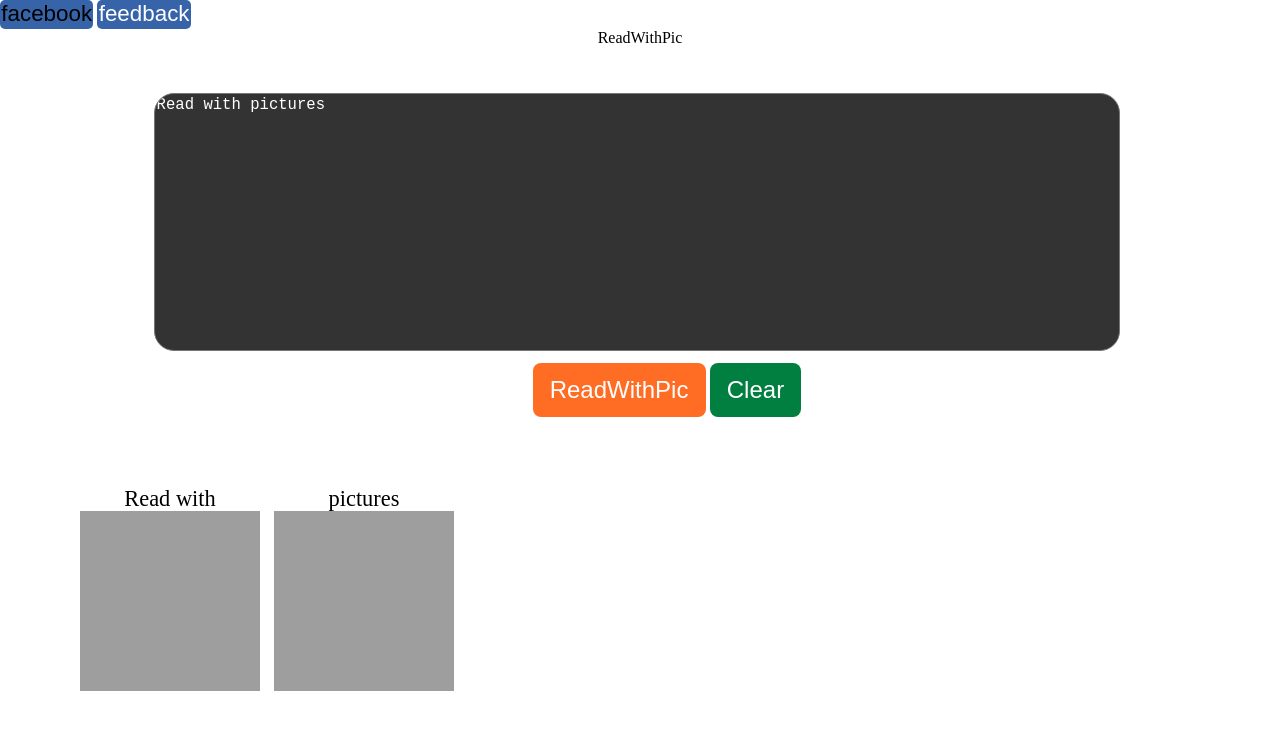
Repository: readwithpic/readwithpic.github.io
Page: index.html
The author's editor kept a record of every edit. The page is drawn from the files as they stood at one moment, then again after the next edit.
The browser window is 1280 px wide. The pictures show the whole page.
Pictures or frames that could not be fetched are drawn as grey boxes. Some web libraries are served in a nearby version.

Above is the page before.
Console error: TypeError: Cannot read properties of undefined (reading 'length')

### index.html
<!DOCTYPE html>
<html>
    <head>
        <meta charset="utf-8">
        <link rel="stylesheet" type="text/css" href="style.css" />
        <script src="https://ajax.googleapis.com/ajax/libs/jquery/2.1.3/jquery.min.js"></script>
        <script type="text/javascript" src="jscript.js"></script>
    </head>

    <body>
        <!-- <button type="button" id="feedback">Feedback</button>-->
        <!--Facebook Code-->
         <div class="social">
               <button type="button" class="facebook"><a href="http://readwithpic.github.io" class="bLink">facebook</a></button>
               <button type="button" class="feedback">feedback</button>
         </div>
        <div class="logo"><a href="http://readwithpic.github.io">ReadWithPic</a></div>
        <div id="textBox">
               <div>
                      <button type="button" id="roundB"><p class="msg">C..</p></button>
                      <button type="button" id="closeB"><p class="msg">X</p></button>
               </div>

                <div>
                    <textarea rows="10" cols="80" id="textInput" name="texthere">Read with pictures</textarea>
                </div>

                <div class="mainGroup">
                    <div class="group">
                        <div id="buttonSpin">
                            <div class="spinner">
                                <div class="bounce1"></div>
                                <div class="bounce2"></div>
                                <div class="bounce3"></div>
                            </div>
                        </div>
                         <button type="button" id="convert" >ReadWithPic</button>
                        <button type="button" id="clear">Clear</button>
                    </div>
                </div>
        </div>

        <div class="front">
            <ul>
                  <li class="showIt"><figure><img src="http://www.auburn.edu/academic/education/reading_genie/navig/read.gif" height=180 width=180>
                    <figcaption><p class='withPic'>Read with</p></figcaption></figure></li>
                      <li class="showIt"><figure><img src="https://pbs.twimg.com/profile_images/425063504039538688/sO0mRdKW.jpeg" height=180 width=180>
                    <figcaption><p class='withPic'>pictures</p></figcaption></figure></li>

            </ul>
        </div>
        <!--debug
          <button type="button" id="loadme">Load</button>
            <button type="button" id="debug">debug</button>
           -->
        <div id="display">
                 <ul>
                     <li id="listLoad">
                        <div id="loadingSpin">
                            <div class="spinner">
                                <div class="bounce1"></div>
                                <div class="bounce2"></div>
                                <div class="bounce3"></div>
                            </div>
                        </div>
                    </li>
                </ul>
            </div>
            <div><span id="sDebug"> </span><span id="what"></span></div>
    </body>
</html>

### style.css
html, body { height: 100%; width: 100%; margin: 0; }


.logo{
    text-align:center;
    cursor:hand;
}

.facebook{
   text-align:center;
   background-color: #3763A8;
   color: white;
   font-size: 1.4em;
   text-decoration: none;
   padding: 0.1% 0.1% ;
   border: none;
   border-radius:5px;
}


.facebook:hover{
    background-color:#3b5998;
}

.facebook:active{
    background-color:#3763A8;
}

.feedback{
   text-align:center;
   background-color: #3763A8;
   color: white;
   font-size: 1.4em;
   text-decoration: none;
   padding: 0.1% 0.1% ;
   border: none;
   border-radius:5px;
}


.feedback:hover{
    background-color:#3b5998;
}

.feedback:active{
    background-color:#3763A8;
}



a:link {
    color:black;
    text-decoration: none;
}

a:visited {
    color:black;
    text-decoration: none;
}

a:hover {
    text-decoration: none;
}

a:active {
    text-decoration: none;

}

.fb-like{
    width:200px;
}

li {
    display: inline-block;
    text-align:center;
    height:250px;
    padding-left:-100px;
}

.showIt{
    display:inline-block;
}

img{
    margin-right:-70px;
    float:left;
    padding:0px 0px 0px 0px;
}

#searchbox {
    width:600px;
    height:200px;
}

p {
 display:inline;
}

.withPic{
    font-size:1.4em;
    position:relative;
    left:35px;
    top:-205px;
    z-index:-1;
}
.onlyText{
 margin-left:4px;
}

#sDebug{
    background-color:brown;
}

#what{
    background-color:red;
}

/*half page div box */
#textBox{
  position:absolute;
  width:100%;
  height:50%;
}

textarea{
    -webkit-overflow-scrolling: touch;
}

#textInput{
    color:white;
    font-size:1.2em;
    position:absolute;
    display:block;
    resize:none;
    top:13%;
    left:12%;
    width:75%;
    height:70%;
    background-color:#333333;
    -moz-border-radius: 10px;
    -webkit-border-radius: 10px;
    border-radius: 20px;

}

#textInput:focus{
  border-color: #FF6C24;
  outline:none;
}

.front{
    position:relative;
    top:60%;
}

.mainGroup {
    float:left;
    position:relative;
    top:88%;
    left:50%;
}

.group {
    width:215px;
    float:left;
    position:relative;
    left:-50%;
}


#convert  {
    display:inline-block;
    text-align:center;
    background-color: #FF6C24;
   -webkit-border-radius: 8px;
    -moz-border-radius: 8px;
    border-radius: 8px;
     color: white;
   font-size: 1.5em;
   text-decoration: none;
   padding: 6% 8% ;
   border: none;
   }

#convert:hover{
    background-color:#E55900;
}

#convert:active {
   background-color: #993D00;
   }

#convert:disabled{
background-color:#FFAA70;
}

#buttonSpin{
    position:absolute;
    margin-top:10%;
    margin-left:28%;
    display:none;
}

#clear{
    position:absolute;
    margin-left:4px;
    text-align:center;
    background-color: #007F41;
   -webkit-border-radius: 8px;
    -moz-border-radius: 8px;
    border-radius: 8px;
   color: white;
   font-size: 1.5em;
   text-decoration: none;
   padding: 6% 8% ;
   border: none;
   }

#clear:hover {
   background-color:  #00683B;
   }


#clear:active {
   background-color: #007F41;
   }

#roundB{
  position:fixed;
  top:1.5%;
  right:5%;
  width:50px;
  height:50px;
  background-color: #FF6C24;
  border-radius:50%;
  border: none;
  text-align:center;
  font-size:2em;
  color:white;
  display:none;
}

#roundB:hover{
    background-color:#E55900;
}
#roundB:active {
   background-color: #FF6C24;
   }


#closeB{
  position:fixed;
  top:1.5%;
  right:5%;
  width:50px;
  height:50px;
  background-color:#FF4024;
  border-radius:50%;
  border: none;
  text-align:center;
  font-size:2em;
  display:none;
}

#closeB:hover{
    background-color:#B20A00;
}
#closeB:active {
   background-color:#FF4024;
   }

/* Loading */
#listLoad{
  position:relative;
  width:180px;
  height:180px;
  display:none;
}

#loadingSpin{
    position:absolute;
    top:77px;
    left:67px;
    z-index:-2;
}


spinner {
  margin-left:100px;
  width: 70px;
  text-align: center;
}

.spinner > div {
  width: 15px;
  height: 15px;
  background-color: #333;
  border-radius: 100%;
  display: inline-block;
  -webkit-animation: bouncedelay 1.4s infinite ease-in-out;
  animation: bouncedelay 1.4s infinite ease-in-out;
  /* Prevent first frame from flickering when animation starts */
  -webkit-animation-fill-mode: both;
  animation-fill-mode: both;
}

.spinner .bounce1 {
  -webkit-animation-delay: -0.32s;
  animation-delay: -0.32s;
}

.spinner .bounce2 {
  -webkit-animation-delay: -0.16s;
  animation-delay: -0.16s;
}

/* loading end */

@-webkit-keyframes bouncedelay {
  0%, 80%, 100% { -webkit-transform: scale(0.0) }
  40% { -webkit-transform: scale(1.0) }
}

@keyframes bouncedelay {
  0%, 80%, 100% {
    transform: scale(0.0);
    -webkit-transform: scale(0.0);
  } 40% {
    transform: scale(1.0);
    -webkit-transform: scale(1.0);
  }
}

### jscript.js
var link = new Array();
var link2 = new Array();
var k, j, i, userInput, cleanSent, search, h, startNum, constantV, calNum;
var filterWords = ["is", "are", "all", "another", "any", "anybody", "anyone", "anything", "botheach", "each", "other", "either", "everybody", "everyone", "everything", "few", "he", "her", "hers", "herself", "him", "himself", "his", "it", "its", "itself", "many", "me", "mine", "more", "most", "much", "myself", "neither", "no", "one", "nobody", "none", "nothing", "another", "other", "others", "ours", "ourselves", "several", "she", "some", "somebody", "someone", "something", "their", "theirs", "them", "themselves", "these", "they", "this", "those", "us", "we", "what", "whatever", "which", "whichever", "who", "whoever", "whom", "whomever", "whose", "you", "your", "yours", "yourself", "yourselves", "that", "it's", "time", "person", "year", "way", "day", "thing", "man", "world", "life", "hand", "part", "child", "eye", "woman", "place", "work", "week", "case", "point", "government", "company", "number", "group", "problem", "fact", "be", "have", "do", "say", "get", "make", "go", "know", "take", "see", "come", "think", "look", "want", "give", "use", "find", "tell", "ask", "work", "seem", "feel", "try", "leave", "call", "good", "new", "first", "last", "long", "great", "little", "own", "other", "old", "right", "big", "high", "different", "small", "large", "next", "early", "young", "important", "few", "public", "bad", "same", "able", "to", "of", "in", "for", "on", "with", "at", "by", "from", "up", "about", "into", "over", "after", "beneath", "under", "above", "the", "and", "a", "that", "", "it", "not", "he", "as", "you", "this", "but", "his", "they", "her", "she", "or", "an", "will", "my", "one", "all", "would", "there", "their", "aboard", "about", "above", "across", "after", "against", "along", "amid", "among", "around", "as", "at", "before", "behind", "below", "beneath", "beside", "besides", "between", "beyond", "but", "by", "concerning", "considering", "despite", "down", "during", "except", "excepting", "excluding", "following", "for", "from", "in", "inside", "into", "like", "minus", "near", "of", "off", "on", "onto", "opposite", "outside", "over", "past", "per", "plus", "regarding", "round", "save", "since", "than", "through", "to", "toward", "towards", "under", "underneath", "unlike", "until", "up", "upon", "versus", "via", "with", "within", "without"];
var lastList, textInput, myScroll, loadList, count;
var $win, $doc, $list, $textArea, $roundB, $closeB,$buttonSpin;
//facebook

$(document).ready(function () {
    $list = $('li');
    textInput = $('#textInput');
    loadList = $('#listLoad');
    $win = $(window);
    $doc = $(document);
    $textArea = $('textarea');
    $roundB = $('#roundB');
    $closeB = $('#closeB');
    $buttonSpin=$('#buttonSpin');
    //$textArea.val("Read with pictures");
    $textArea.keyup(function () {
        if ($(this).val() && $('li').length > 1) {
            $('#convert').removeAttr('disabled');
        } else {
            $('#convert').attr('disabled', 'disabled');
        }
    });

    $('#convert').click(function () {
        //to avoid rapid click
        $('#convert').attr('disabled', 'disabled');
        $('.front').remove();
        //textarea control
        if (textInput.height() > 350) {
            $('#textInput').fadeOut('fast');
            $('.mainGroup').fadeOut('fast');
            $closeB.hide();
        } else {
            $('#textInput').slideUp('fast');
            $('.mainGroup').fadeOut('fast');
        }

        //grab appened list class showIt
        $('li').remove();
        //$(li).remove() removes everyting so loading is appeneded at first
        $('#display ul').append(loadList);
        //display loading
        loadList.show();
        //display round button
        $roundB.show('fast');
        $buttonSpin.show();
        count = 0;
        h = 0;
        j = 0;
        myScroll = 0;
        // default number of search images to be loaded at first
        startNum = 30;
        //constantV is assigned to calNum to load given number consistant images after each scroll
        calNum = startNum;
        link.length = 0;
        link2.length = 0;
        $('#what').empty();
        $('.onlyText').remove();
        userInput = $('textarea[name=texthere]').val();
        cleanSent = userInput.replace(/\s+/g, ' ');
        search = cleanSent.split(" ");
        callAjax(search[j]);
    });

    $('#clear').click(function () {
        $textArea.val('');
    });

    $('#roundB').click(function () {
        //display textBox at the middle of screen.
        $('#textInput').css({
            'position': 'fixed',
                'top': '11%',
                'left': '9%',
                'width': '80%',
                'height': '70%'
        });
        $('.mainGroup').css({
            'position': 'fixed',
                'top': '82%'
        });
        $('#textInput').fadeIn('fast');
        $('.mainGroup').fadeIn('fast');
        $('#closeB').show();
        $(this).hide();
    });

    //close button
    $('#closeB').click(function () {
        $('#textInput').fadeOut('fast');
        $('.mainGroup').fadeOut('fast');
        $roundB.show();
        $(this).hide();
    });

    $win.resize(function () {
        // load the rest of screen if the user reduce the zoom less than 100%
        if (lastList.offset().top < $win.height() && myScroll === 1) {
            myScroll = 1;
            $win.scroll();
        }
    });

    $win.scroll(function () {
        if ($win.scrollTop() + $win.height() > $doc.height() - $doc.height() / 4 && myScroll === 1 && j < search.length) {
            h = 0;
            //To reuse same Array link2
            link.length = 0;
            link2.length = 0;
            //load number of images after each scroll
            constantV = 10;
            //reintalize the calNum to display given constant number of images accross the screen
            calNum += constantV;
            callAjax(search[j]);
            myScroll = 0;
        } else if (j === search.length) {
            loadList.hide();
        }
    });

    //dubugging zone
    $('#debug').click(function () {
        $('#sDebug').append('<br>' + "Linklength1 : " + link.length + '<br>');
        $('#sDebug').append("Linklength2 : " + link2.length + '<br>');
        $("#sDebug").append("dubug j value :" + j + '<br>');
        $('#sDebug').append("dubug i value:" + i + '<br>');
        $('#sDebug').append("dubug count value:" + count + '<br>');
        $('#sDebug').append("dubug k value:" + k + '<br>');
    });
});

function callAjax(index) {
    var look = new URL('https://ajax.googleapis.com/ajax/services/search/images?v=1.0&q=' + index + '&callback=?');
    $.ajax({
        url: look,
        dataType: 'json',
        success: function (data) {
            if (data.responseData.results.length === 0) {
                if (j < startNum) {
                    link[j] = "http://upload.wikimedia.org/wikipedia/commons/9/98/MA_Route_blank.svg";
                    j++;
                } else {
                    link2[h] = "http://upload.wikimedia.org/wikipedia/commons/9/98/MA_Route_blank.svg";
                    j++;
                    h++;
                }
            } else {
                if (j < startNum) {
                    link[j] = data.responseData.results[0].url;
                    j++;
                } else {
                    link2[h] = data.responseData.results[0].url;
                    j++;
                    h++;
                }
            }
            //checked against the calNum to make sure it doesn't load images more then startNum(default number of images to be load at first)
            if (j < search.length && j < calNum) {
                callAjax(search[j]);
            } else {
                show();
            }
        }
    });
}

//function do display first 30 words
function show() {
    var loopNum;
    i = 0;
    //slideUp or fadeOut the textarea and button
    if (count === 0) {
        for (i; i < j; i++) {
            // $('#what').append( 'firstIvalue: ' + i);
            //indexOf(search[j]) returns -1 if the value is not present inside array search[j];
            //check if search[j] is not the first html list element
            if (filterWords.indexOf(search[i]) !== -1 && $list.length > 0) {
                $('.withPic').last().append('<p class=onlyText>' + search[i] + '</p>');
            } else {
                $('#display ul').append('<li class="showIt">' + '<figure>' + '<img src="' + link[i] + '" height=180 width=180>' +
                    '<figcaption>' + '<p class=withPic>' + search[i] + '</p>' + '</figcaption>' + '</figure>' + '</li>');
            }
        }
        $buttonSpin.hide();
        //get the last list edlement
        lastList = $('li:last').attr('class', 'showIt');

        //always put the loading at the last element
        $('#display ul').append(loadList);
        //disable this for loop
        count = 1;
        //initiate scroll
        myScroll = 1;
        //for bigger bigger resolution or screen to load more list element than intiated max startNum value
        if (lastList.offset().top < $win.height()) {
            $win.scroll();
        }

    } else {
        k = 0;
        //to run the loop if the value of constantV is less then link2.length.
        if (link2.length < constantV) {
            i = j - link2.length;
            loopNum = i + link2.length;
            //$('#what').append('<br>' + 'insideLOOPNUM: ' + loopNum);
            //Once value of j arrives here it'll be orginal value + constantV because callAjax function have already run twice
        } else {
            i = j - constantV;
            loopNum = i + constantV;
        }
        for (i; i < loopNum; i++) {
            //indexOf(search[j]) returns -1 if the value is not present inside array search[j];
            //check if search[j] is not the first html list element
            if (filterWords.indexOf(search[i]) !== -1 && $list.length > 0) {
                $('.withPic').last().append('<p class=onlyText>' + search[i] + '</p>');
            } else {
                $('#display ul').append('<li class="showIt">' + '<figure>' + '<img src="' + link2[k] + '" height=180 width=180>' +
                    '<figcaption>' + '<p class=withPic>' + search[i] + '</p>' + '</figcaption>' + '</figure>' + '</li>');
            }
            k++;
            //for debug purposes
            // $('#what').append('<br>' + 'insideIvalue: ' + i);
            // $('#what').append('<br>' + 'insideKvalue: ' + k);
            // $('#what').append('<br>' + 'insideJvalue: ' + j);
        }
        $('#display ul').append(loadList);
        myScroll = 1;
        if (lastList.offset().top < $win.height()) {
            $win.scroll();
        }
    }
}

After the next edit:
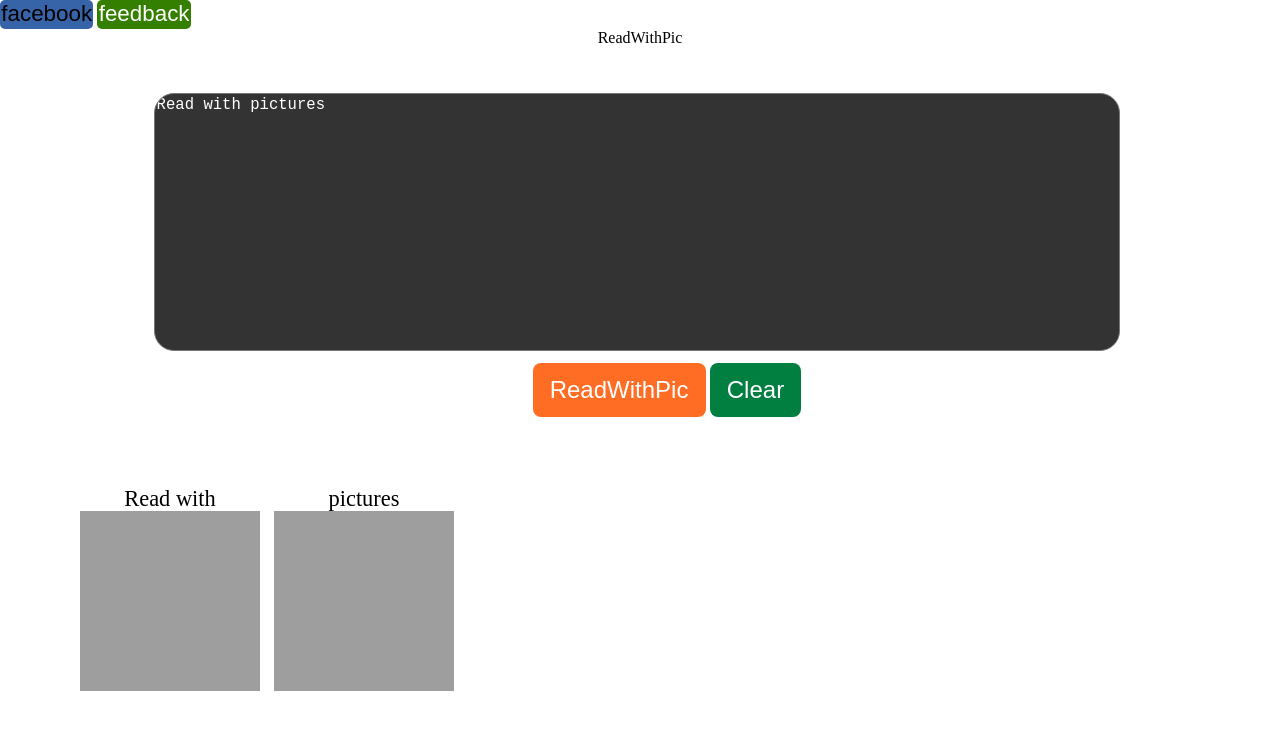
The edit:
--- a/style.css
+++ b/style.css
@@ -28,7 +28,7 @@
 
 .feedback{
    text-align:center;
-   background-color: #3763A8;
+   background-color: #357F00;
    color: white;
    font-size: 1.4em;
    text-decoration: none;
